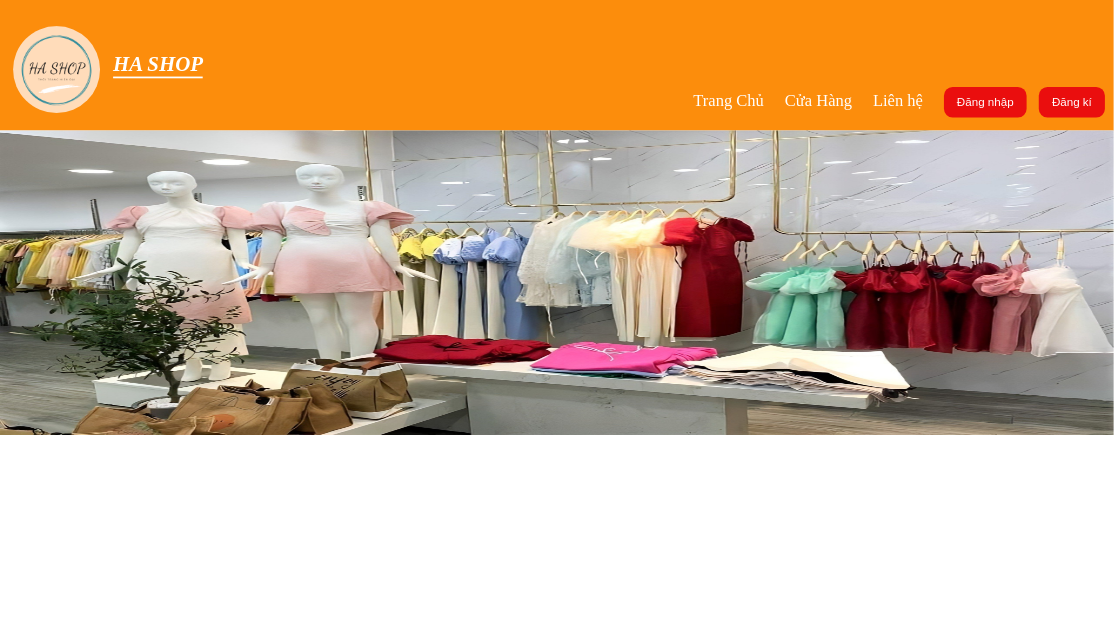
Repository: manhhieu120499/demo_page
Page: trangchu.html
The author's editor kept a copy of each file at every save. The page is drawn from the files as they stood at one save, then again after the next save.
The browser window is 1280 px wide. The pictures show the whole page, at 87% of full size.

Above is the page before, as saved 2023-02-16 16:32:33.

### trangchu.html
<!DOCTYPE html>
<html lang="en">

<head>
    <meta charset="UTF-8" />
    <meta http-equiv="X-UA-Compatible" content="IE=edge" />
    <meta name="viewport" content="width=device-width, initial-scale=1.0" />
    <title>Document</title>
    <link rel="stylesheet" href="./style_trangchu.css">
</head>

<body>
    <div class="wrap">
        <div class="header">
            <div class="left-header">
                <img src="./Thời trang hiện dại.png" alt="logo_shop" class="picture"/>
                <h2 class="shop_name">HA SHOP</h2>
            </div>

            <div class="right-header">
                <a href="#">Trang Chủ</a>
                <a href="#">Cửa Hàng</a>
                <a href="#">Liên hệ</a>

                <button>Đăng nhập</button>
                <button>Đăng kí</button>
            </div>
        </div>

        <div class="slide">
            <img src="./slide.jpg" alt="">
        </div>

        <div class="album">
            <div class="album_items">
                <div class="album_items_left">
                     <img src="./" alt="">
                </div>

                <div class="album_items_right">

                </div>
            </div>

            <div class="album-items">

            </div>
        </div>
    </div>
</body>

</html>

### style_trangchu.css
* {
    box-sizing: border-box;
    margin: 0;
}

body {
    width: 100vw;
    height: 100vh;
}

.header {
    width: 100%;
    height: 150px;
    background-color: #FC8D0C;
    display: flex;
    justify-content: space-between;
}

.left-header {
    display: flex;
    align-items: center;
}

.left-header h2 {
    color: white;
    border-bottom: 2px solid white;
    font-style: italic;
}

.left-header .picture {
    width: 100px;
    border-radius: 50%;
    margin-top: 10px;
    margin-left: 15px;
    margin-right: 15px;
}

.right-header {
    margin-top: 100px;
}

.right-header a {
    text-decoration: none;
    color: white;
    font-size: 19px;
    padding-right: 20px;
}

.right-header button {
    background-color: #EA0E0E;
    padding: 10px 15px;
    border-radius: 10px;
    border: none;
    margin-right: 10px;
    color: white;
}

/*Silde*/
.slide img {
    width: 100vw;
    height: 350px;
}

### index.html
<!DOCTYPE html>
<html lang="en">

<head>
    <meta charset="UTF-8" />
    <meta http-equiv="X-UA-Compatible" content="IE=edge" />
    <meta name="viewport" content="width=device-width, initial-scale=1.0" />
    <title>Document</title>
    <link rel="stylesheet" href="./style.css">
</head>

<body>
    <div class="Shop-header">
        <nav class="Shop-menu">
            <ul class="menu-left">
                <li><a href="#">TRANG CHỦ</a></li>
                <li><a href="#">NAM</a></li>
                <li><a href="#">NỮ</a></li>
                <li><a href="#">CẶP ĐÔI</a></li>
                <li><a href="#">SALE</a></li>
            </ul>

            <ul class="menu-right">
                <li><input type="text" placeholder="Tìm kiếm"></input></li>
                <li>
                    <a class="menu-right-icon">
                        <svg xmlns="http://www.w3.org/2000/svg" class="icon icon-tabler icon-tabler-headset" width="24" height="24" viewBox="0 0 24 24" stroke-width="1.5" stroke="#2c3e50" fill="none" stroke-linecap="round" stroke-linejoin="round">
                            <path stroke="none" d="M0 0h24v24H0z" fill="none"/>
                            <rect x="4" y="13" rx="2" width="4" height="6" />
                            <rect x="16" y="13" rx="2" width="4" height="6" />
                            <path d="M4 15v-3a8 8 0 0 1 16 0v3" />
                            <path d="M18 19a6 3 0 0 1 -6 3" />
                        </svg>
                    </a>
                </li>
                <li>
                    <a class="menu-right-icon">
                        <svg xmlns="http://www.w3.org/2000/svg" class="icon icon-tabler icon-tabler-user-circle" width="24" height="24" viewBox="0 0 24 24" stroke-width="1.5" stroke="#2c3e50" fill="none" stroke-linecap="round" stroke-linejoin="round">
                            <path stroke="none" d="M0 0h24v24H0z" fill="none"/>
                            <circle cx="12" cy="12" r="9" />
                            <circle cx="12" cy="10" r="3" />
                            <path d="M6.168 18.849a4 4 0 0 1 3.832 -2.849h4a4 4 0 0 1 3.834 2.855" />
                          </svg>
                    </a>
                </li>
                <li>
                    <a class="menu-right-icon">
                        <svg xmlns="http://www.w3.org/2000/svg" class="icon icon-tabler icon-tabler-shopping-cart" width="24" height="24" viewBox="0 0 24 24" stroke-width="1.5" stroke="#2c3e50" fill="none" stroke-linecap="round" stroke-linejoin="round">
                            <path stroke="none" d="M0 0h24v24H0z" fill="none"/>
                            <circle cx="6" cy="19" r="2" />
                            <circle cx="17" cy="19" r="2" />
                            <path d="M17 17h-11v-14h-2" />
                            <path d="M6 5l14 1l-1 7h-13" />
                          </svg>
                    </a>
                </li>
            </ul>
        </nav>
    </div>
    <div class="Shop-body">
         <div class="Shop-picture">
            <img src=""/>
         </div>
    </div>
    <div class="Shop-footer">

    </div>
</body>

</html>

After the next save:
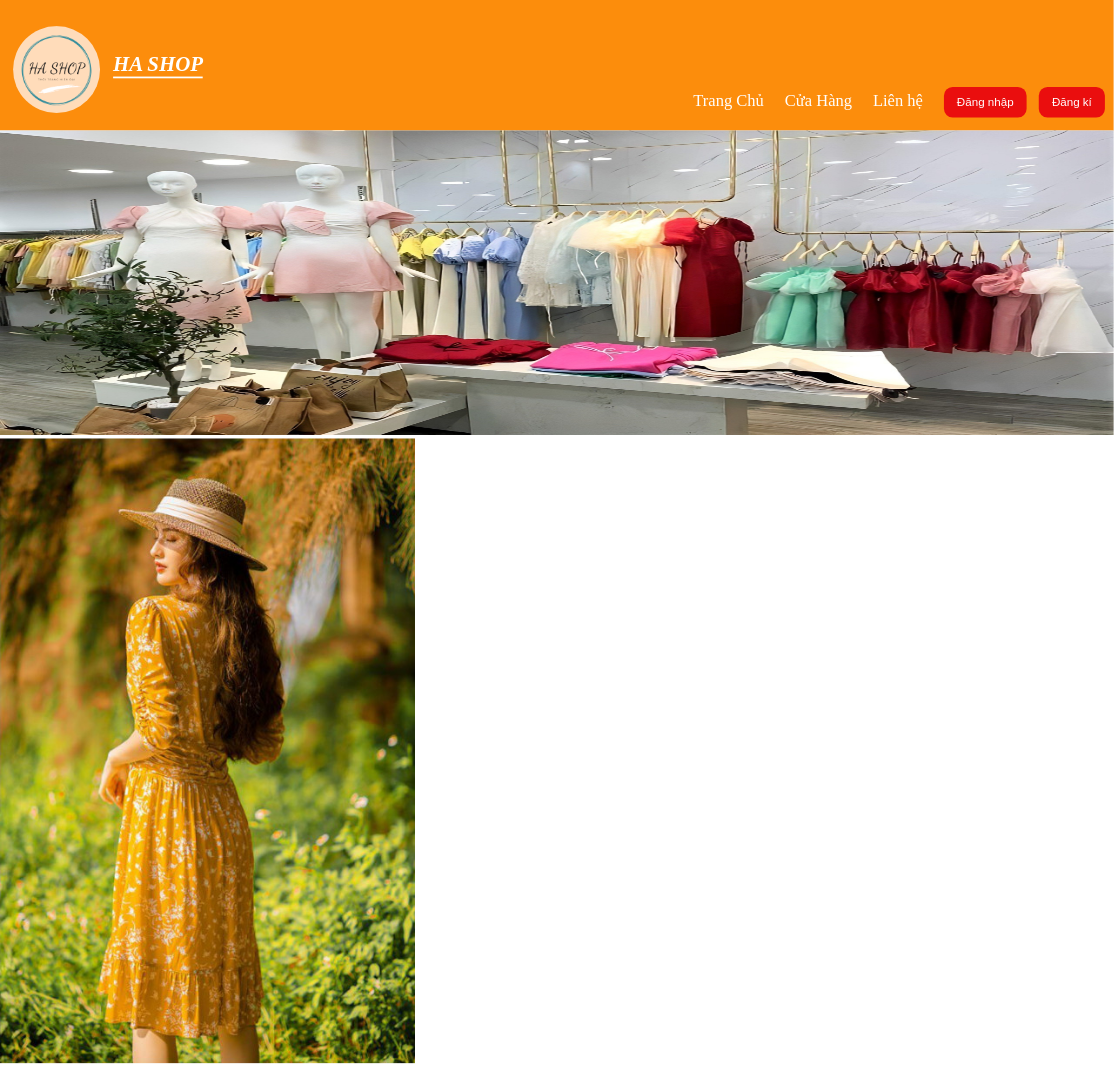
Saved 8 min 20 s later.
--- a/trangchu.html
+++ b/trangchu.html
@@ -34,7 +34,7 @@
         <div class="album">
             <div class="album_items">
                 <div class="album_items_left">
-                     <img src="./" alt="">
+                     <img src="./10.jpg" alt="">
                 </div>
 
                 <div class="album_items_right">
